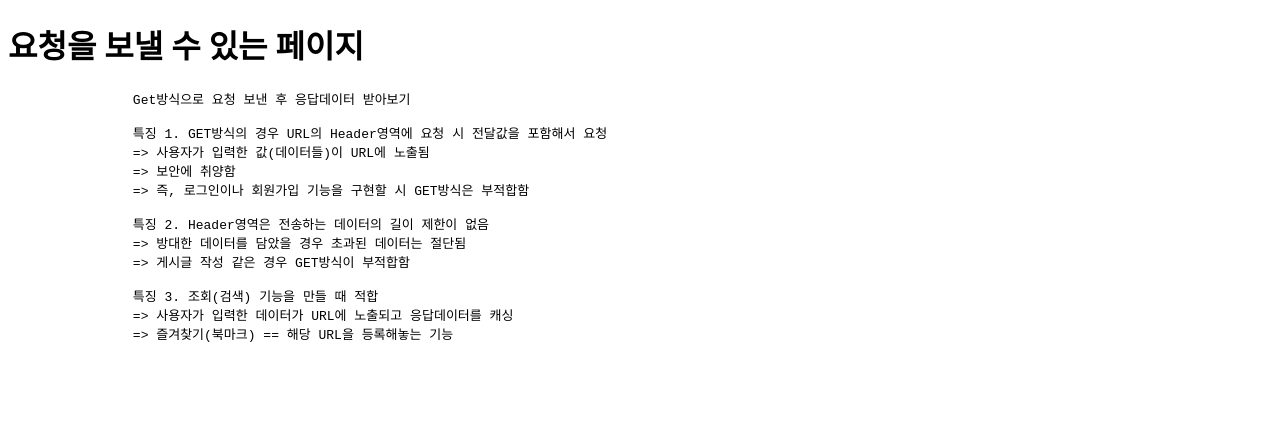
Repository: Simyoungdo04/dynamic-workspace
Page: FirstProject/src/main/webapp/views/request_get.html
The author's editor kept a copy of each file at every save. The page is drawn from the files as they stood at one save, then again after a run of saves.
The browser window is 1280 px wide. The pictures show the whole page.

Above is the page before, as saved 2026-05-04 03:48:54.

### FirstProject/src/main/webapp/views/request_get.html
<!DOCTYPE html>
<html>
<head>
<meta charset="UTF-8">
<title>요청 페이지</title>
</head>
<body>

	<h1>요청을 보낼 수 있는 페이지</h1>

	<pre>
		Get방식으로 요청 보낸 후 응답데이터 받아보기

		특징 1. GET방식의 경우 URL의 Header영역에 요청 시 전달값을 포함해서 요청
		=> 사용자가 입력한 값(데이터들)이 URL에 노출됨
		=> 보안에 취양함
		=> 즉, 로그인이나 회원가입 기능을 구현할 시 GET방식은 부적합함

		특징 2. Header영역은 전송하는 데이터의 길이 제한이 없음
		=> 방대한 데이터를 담았을 경우 초과된 데이터는 절단됨
		=> 게시글 작성 같은 경우 GET방식이 부적합함

		특징 3. 조회(검색) 기능을 만들 때 적합
		=> 사용자가 입력한 데이터가 URL에 노출되고 응답데이터를 캐싱
		=> 즐겨찾기(북마크) == 해당 URL을 등록해놓는 기능
	</pre>

	<h2></h2>

</body>
</html>

After the next 3 saves:
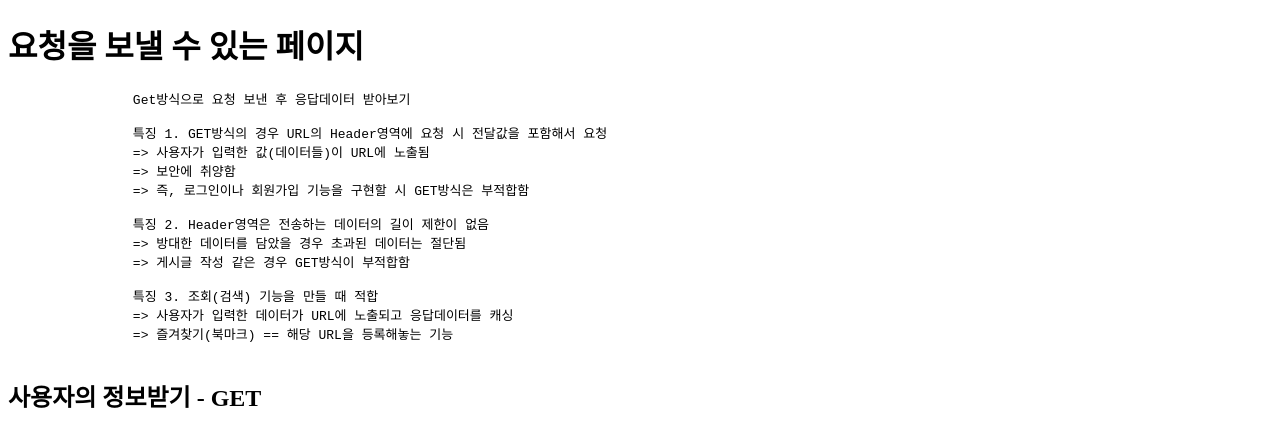
The 3 saves are shown as one change because they came seconds apart.
The last was saved 11 s later.
--- a/FirstProject/src/main/webapp/views/request_get.html
+++ b/FirstProject/src/main/webapp/views/request_get.html
@@ -25,7 +25,9 @@
 		=> 즐겨찾기(북마크) == 해당 URL을 등록해놓는 기능
 	</pre>
 
-	<h2></h2>
+	<h2> 사용자의 정보받기 - GET </h2>
+
+
 
 </body>
 </html>
